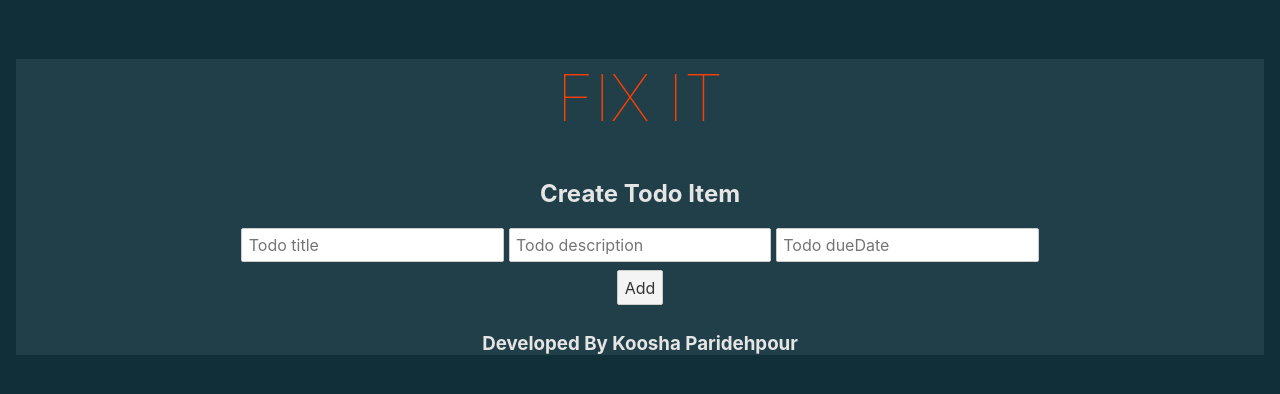
Repository: KooshaPari/fixit-go
Page: / (app in frontend/)
An editor plug-in stored every save of this project. The page is shown before and after the next save, followed by the edit.
The browser window is 1280 px wide. The pictures show the whole page.
The page's requests for data from a server got no answer. The project was rebuilt for these pictures with package versions that can differ from the ones it lists, and the page was loaded fresh each time. No one was signed in, and anything a server would have sent is missing.

Above is the page before, as saved 2024-09-23 23:49:55.

### frontend/public/index.html
<!DOCTYPE html>
<html lang="en">
	<head>
		<meta charset="utf-8" />
		<meta name="viewport" content="width=device-width,initial-scale=1" />

		<title>Svelte app</title>

		<link rel="icon" type="image/png" href="/favicon.png" />
		<link rel="stylesheet" href="/global.css" />
		<link rel="stylesheet" href="/build/bundle.css" />

		<script defer src="/build/bundle.js"></script>
	</head>

	<body></body>
</html>

### frontend/src/main.js
import App from "./App.svelte";

const app = new App({
	target: document.body,
	props: {
		name: "fixIt",
	},
});

### frontend/src/App.svelte
<script>
	export let name;
	import { onMount } from 'svelte';

	let todos = [];

onMount(async () => {
    try {
        const response = await fetch('http://localhost:8081/api/todos');
        if (!response.ok) {
            throw new Error(`HTTP error! status: ${response.status}`);
        }
		console.log("GRABBING TODOS");
        todos = await response.json();
        console.log("ID: " +todos[0].id);
    } catch (error) {
        console.error('Error fetching todos:', error);
    }
});

	async function editTodo() {
		/*TODO*/

	}
	async function createTodo(title, description, dueDate) {
		/**Generate ToDo Object, add to local array, then create fetch object to server to add to remote array*/


			const newTodo = {title, description, dueDate };
			try{
				const response = await fetch('http://localhost:8081/api/todos', {
					method: 'POST',
					headers: { 'Content-Type': 'application/json' },
					body: JSON.stringify(newTodo)
				});
				const createdTodo = await response.json();
				todos = [...todos, createdTodo];
			}
			catch (error){
				console.error('Error creating todo:', error);
			}}
	async function deleteTodo(id) {
		console.log("DELETING: " + id);
		if (id !== undefined) {
		todos = todos.filter(todo => todo.id !== id);
		const response = await fetch(`http://localhost:8081/api/todos/${id}`, {
					method: 'DELETE',
					headers: { 'Content-Type': 'application/json' },

				});

		} else {
			console.error('Cannot delete todo item: id is undefined');
			}
		}

</script>

<main>
<!---->


    <div id="header">
        <div id ="logoCont">
        <h1>Fix It</h1></div>


    <div id="body">
        <div id="content">
            <div id="fixItApp">
				<div id="popupCont">
					<h2>Create Todo Item</h2>
					<form>
						<input type="text" id="todo-title" placeholder="Todo title" />
						<input type="text" id="todo-description" placeholder="Todo description" />
						<input type="text" id="todo-dueDate" placeholder="Todo dueDate" />
					</form>
				</div>
                <div id="todoList">

					<button class="addBtn">Add</button>

                    <ul id="todos">

						{#each todos as todo}

						<li class="todoLstItm">

								<div class="todoLstItmContLeft">
									<button on:click={()=>deleteTodo(todo.id)} class="completeBtn todoBtn">Done</button>
								</div>
								<div class="todoLstItmConRight">
									<h3>{todo.title}</h3>
									<div style="display:flex; flex-direction:column; width: 30%">
									<p class="todotxt">{todo.description}</p>
									<!-- due Date below-->
									<p class="todotxt">{todo.dueDate}</p></div>
									<div class="todoLstItmConRightBtns">
										<button on:click={()=>editTodo(todo.id)} class="deleteBtn todoBtn" >Edit</button>
										<button on:click={()=>deleteTodo(todo.id)} class="editBtn todoBtn">X</button>
									</div>
								</div>
						</li>
						{/each}

                    </ul>
                </div>
            </div>
        </div>
    </div>
    <div id="footer">
        <h3>Developed By Koosha Paridehpour</h3>
    </div>

</main>

<style>
	main {
		text-align: center;
		padding: 1em;
		max-width: 240px;
		margin: 0 auto;
	}

	h1 {
		color: #ff3e00;
		text-transform: uppercase;
		font-size: 4em;
		font-weight: 100;
	}

	@media (min-width: 640px) {
		main {
			max-width: none;
		}
	}
	.todoLstItmContLeft{
		background-color: #314D59;
		width: 25%;
		border-radius:0.625em 0 0 0.625em;
		display: flex;
		align-items: center;
		justify-content: center;
	}
	.todoLstItmConRight{
		width: 75%;
		justify-content: center;
		align-items: center;
		overflow:hidden;
	}
	.todoLstItm{
		background-color: #415D69;
		margin: 0;
		border-radius: 0.625em;
		display: flex;
		flex-direction: row;


	}
	.todotxt{
		font-size: 0.5em;
		text-align: left;
	}
	.todoLstItmContLeft, .todoLstItmConRight{
		display: flex;
	}
	ul {
    list-style-type: none;
  }

	#header, #footer{
		background-color: #213f49;
		width: 100%;
		margin:0;
	}
	.todoBtn{
		background-color: #314D59;
		border-radius: 0.5em;
		color: #f6f5f5;
		width: 1.5em;
		height: 0.5em;
	}
	.completeBtn{
		width: 2.5em;
		height: 2.5em;
		border-radius:2.5em;
		background-color: #7eafb5;
		font-size: 100%;
	}



</style>

### frontend/public/global.css
html,
body {
	position: relative;
	width: 100%;
	height: 100%;
}

body {
	color: #e6e5e5;
	background-color: #112f39;
	margin: 0;
	padding: 0px;
	box-sizing: border-box;
	font-family: -apple-system, BlinkMacSystemFont, "Segoe UI", Roboto,
		Oxygen-Sans, Ubuntu, Cantarell, "Helvetica Neue", sans-serif;
}

a {
	color: rgb(0, 100, 200);
	text-decoration: none;
}

a:hover {
	text-decoration: underline;
}

a:visited {
	color: rgb(0, 80, 160);
}

label {
	display: block;
}

input,
button,
select,
textarea {
	font-family: inherit;
	font-size: inherit;
	-webkit-padding: 0.4em 0;
	padding: 0.4em;
	margin: 0 0 0.5em 0;
	box-sizing: border-box;
	border: 1px solid #ccc;
	border-radius: 2px;
}

input:disabled {
	color: #ccc;
}

button {
	color: #333;
	background-color: #f4f4f4;
	outline: none;
}

button:disabled {
	color: #999;
}

button:not(:disabled):active {
	background-color: #ddd;
}

button:focus {
	border-color: #666;
}

After the next save:
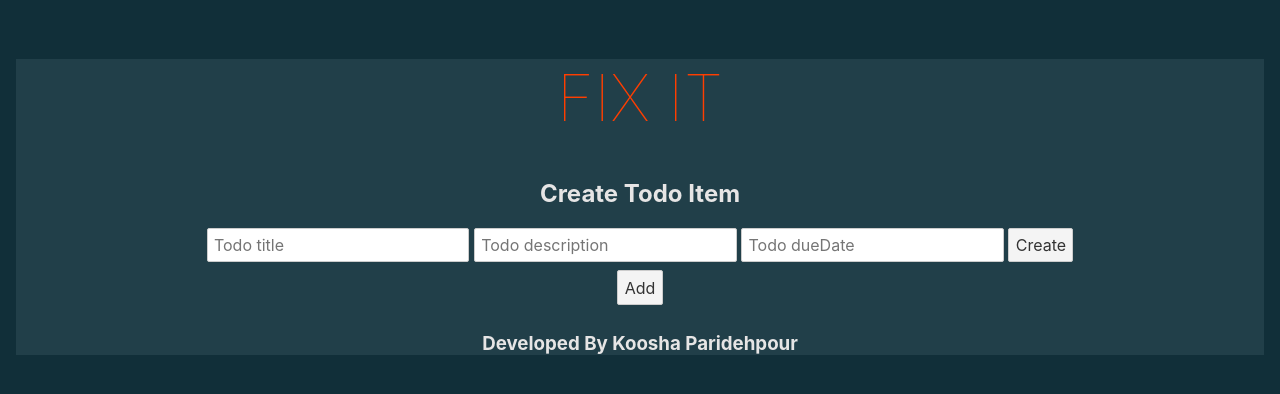
Saved 9 s later.
--- a/frontend/src/App.svelte
+++ b/frontend/src/App.svelte
@@ -74,6 +74,7 @@
 						<input type="text" id="todo-title" placeholder="Todo title" />
 						<input type="text" id="todo-description" placeholder="Todo description" />
 						<input type="text" id="todo-dueDate" placeholder="Todo dueDate" />
+						<button id="create-todo-btn">Create</button>
 					</form>
 				</div>
                 <div id="todoList">
